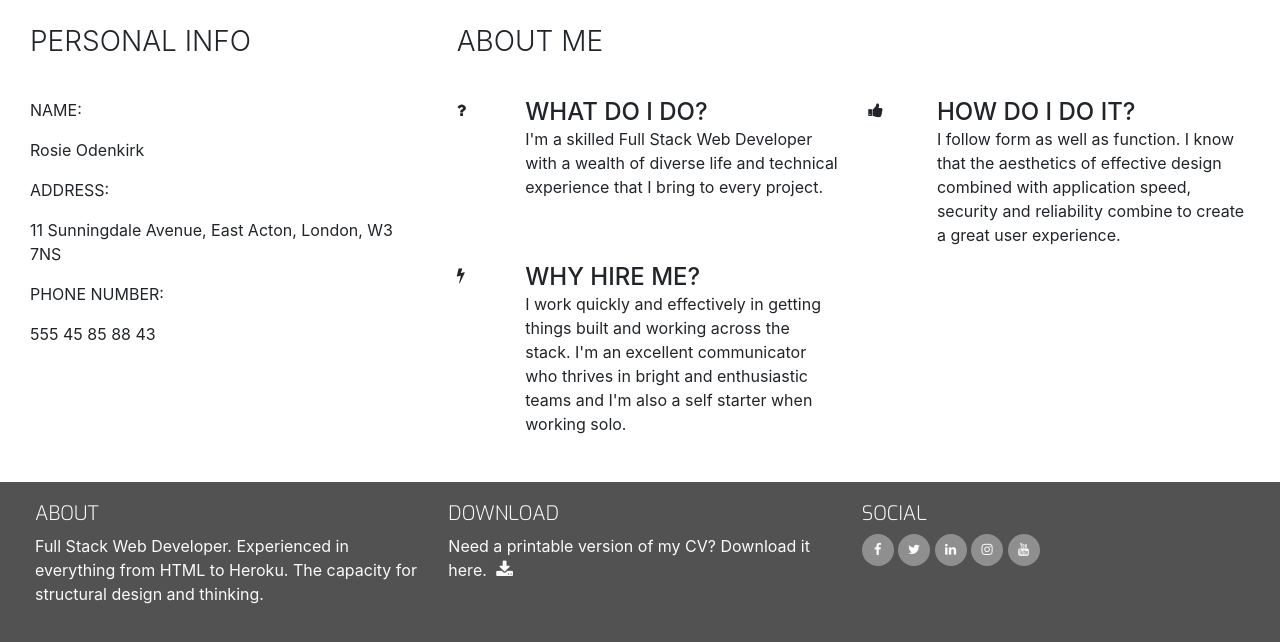
Repository: SimonGeorgeNZ/UCD-Resume
Page: index.html
The author's editor kept a record of every edit. The page is drawn from the files as they stood at one moment, then again after the next edit.
The browser window is 1280 px wide. The pictures show the part of the page from y = 369 to 1011 px (the page is 1011 px tall).
Some web libraries are served in a nearby version.

Above is the page before.

### index.html
<!DOCTYPE html>
<html lang="en">

<head>
    <meta charset="UTF-8">
    <meta name="viewport" content="width=device-width, initial-scale=1.0">
    <meta http-equiv="X-UA-Compatible" content="ie=edge">
    <link rel="stylesheet" href="https://maxcdn.bootstrapcdn.com/bootstrap/4.2.1/css/bootstrap.min.css" type="text/css" />
    <link rel="stylesheet" href="https://maxcdn.bootstrapcdn.com/font-awesome/4.7.0/css/font-awesome.min.css" type="text/css" />
    <link rel="stylesheet" href="https://cdnjs.cloudflare.com/ajax/libs/hover.css/2.1.1/css/hover-min.css" type="text/css" />
    <link rel="stylesheet" href="assets/css/style.css">
    <title>Rosie</title>
</head>

<body>
    <header>
        <div class="row no-gutters">
            <a class="col-md-4 logo" href="index.html"></a>
            <div class="col-md-8">
                <div class="row no-gutters bg-color-name-title">
                    <div class="col heading">
                        <h1 class="name">Rosie Odenkirk</h1>
                        <h2 class="title"> Full Stack Developer</h2>
                    </div>
                </div>
                <div class="row no-gutters">
                    <div class="col">
                        <ul id="nav" class="list-inline menucontainer">
                            <li class="col-6 col-sm-3 list-inline-item ui-menu-color-home menuitem">
                                <a href="#" class="hvr-sweep-to-bottom"><i class="fa fa-home" aria-hidden="true"></i><span>Home</span></a>
                            </li>
                            <li class="col-6 col-sm-3 list-inline-item ui-menu-color-resume menuitem">
                                <a href="#" class="hvr-sweep-to-bottom"><i class="fa fa-graduation-cap" aria-hidden="true"></i><span>Resume</span></a>
                            </li>
                            <li class="col-6 col-sm-3 list-inline-item ui-menu-color-contact menuitem">
                                <a href="#" class="hvr-sweep-to-bottom"><i class="fa fa-comment-o" aria-hidden="true"></i><span>Contact</span></a>
                            </li>
                            <li class="col-6 col-sm-3 list-inline-item ui-menu-color-download menuitem">
                                <a href="#" class="hvr-sweep-to-bottom"><i class="fa fa-download" aria-hidden="true"></i><span>Download CV</span></a>
                            </li>
                        </ul>
                    </div>
                </div>
            </div>
        </div>
    </header>
    <section class="container-fluid">
        <div class="row">
            <div class="col-md-4 bg-color-personal-info section-column">
                <div class="row">
                    <div class="col-12">
                        <h3 class="section-headding uppercase">
                            Personal Info
                        </h3>
                    </div>
                </div>
                <div class="personal-info-item">
                    <div class="key">
                      <p class="uppercase">
                          Name:
                      </p>
                    </div>
                    <div class="value">
                      <p>
                        Rosie Odenkirk
                      </p>
                    </div>
                </div>
                <div class="personal-info-item">
                    <div class="key">
                      <p class="uppercase">
                          Address:
                      </p>
                    </div>
                    <div class="value">
                      <p>
                        11 Sunningdale Avenue, East Acton, London, W3 7NS
                      </p>
                    </div>
                </div>
                <div class="personal-info-item">
                    <div class="key">
                      <p class="uppercase">
                          Phone number:
                      </p>
                    </div>
                    <div class="value">
                      <p>
                        555 45 85 88 43
                      </p>
                    </div>
                </div>
            </div>
            <div class="col-md-8 bg-color-three-reasons section-column">
                <div class="row">
                    <div class="col">
                        <h3 class="section-headding uppercase">About Me</h3>
                    </div>
                </div>
                <div class="row">
                    <div class="col-10 offset-1 offset-sm-0 col-sm-4 col-md-6">
                        <div class="row">
                            <div class="col-2">
                                <i class="three-reasons-icon fa fa-question" aria-hidden="true"></i>
                            </div>
                            <div class="col-10">
                                <h4 class="three-reasons-heading uppercase">What Do I Do?</h4>
                                <p>
                                    I'm a skilled Full Stack Web Developer with a wealth of diverse
                                    life and technical experience that I bring to every project.
                                </p>
                            </div>
                        </div>
                    </div>
                    <div class="col-10 offset-1 offset-sm-0 col-sm-4 col-md-6">
                        <div class="row">
                            <div class="col-2">
                                <i class="three-reasons-icon fa fa-thumbs-up" aria-hidden="true"></i>
                            </div>
                            <div class="col-10">
                                <h4 class="three-reasons-heading uppercase">How do I do it?</h4>
                                <p>
                                    I follow form as well as function. I know that the aesthetics of effective
                                    design combined with application speed, security and reliability combine to
                                    create a great user experience.
                                </p>
                            </div>
                        </div>
                    </div>
                    <div class="col-10 offset-1 offset-sm-0 col-sm-4 col-md-6">
                        <div class="row">
                            <div class="col-2">
                                <i class="three-reasons-icon fa fa-bolt" aria-hidden="true"></i>
                            </div>
                            <div class="col-10">
                                <h4 class="three-reasons-heading uppercase">Why Hire Me?</h4>
                                <p>
                                    I work quickly and effectively in getting things built and
                                    working across the stack. I'm an excellent communicator who
                                    thrives in bright and enthusiastic teams and I'm also a self
                                    starter when working solo.
                                </p>
                            </div>
                        </div>
                    </div>
                </div>
            </div>
        </div>

    </section>
    <footer class="container-fluid">
        <div id="footer-details" class="row">
            <div class="col-sm-4">
                <h5 class="uppercase general-sub">About</h5>
                <p class="inline-block">
                    Full Stack Web Developer. Experienced in everything from HTML to Heroku.
                    The capacity for structural design and thinking.
                </p>
            </div>
            <div class="col-sm-4">
                <h5 class="uppercase general-sub">Download</h5>
                <p class="inline-block">
                    Need a printable version of my CV? Download it here.
                    <a href="#" target="_blank" class="cv-pdf">
                        <i class="fa fa-download" aria-hidden="true"></i>
                        <span class="sr-only">Download</span>
                    </a>
                </p>
            </div>
            <div class="col-sm-4">
                <h5 class="uppercase general-sub">Social</h5>
                <ul class="list-inline social-links">
                    <li class="list-inline-item">
                        <a target="_blank" href="#">
                            <i class="fa fa-facebook" aria-hidden="true"></i>
                            <span class="sr-only">Facebook</span>
                        </a>
                    </li>
                    <li class="list-inline-item">
                        <a target="_blank" href="#">
                            <i class="fa fa-twitter" aria-hidden="true"></i>
                            <span class="sr-only">Twitter</span>
                        </a>
                    </li>
                    <li class="list-inline-item">
                        <a target="_blank" href="#">
                            <i class="fa fa-linkedin" aria-hidden="true"></i>
                            <span class="sr-only">LinkedIn</span>
                        </a>
                    </li>
                    <li class="list-inline-item">
                        <a target="_blank" href="#">
                            <i class="fa fa-instagram" aria-hidden="true"></i>
                            <span class="sr-only">Instagram</span>
                        </a>
                    </li>
                    <li class="list-inline-item">
                        <a target="_blank" href="#">
                            <i class="fa fa-youtube" aria-hidden="true"></i>
                            <span class="sr-only">YouTube</span>
                        </a>
                    </li>
                </ul>
            </div>
        </div>

    </footer>
</body>

</html>

### assets/css/style.css
@import url('https://fonts.googleapis.com/css?family=Roboto:100,200,300,400,500,600,700|Exo:100,200,300,400,500,600,700');


/*-------------------------------------------------Colors */

.bg-color-name-title {
    background-color: #676767;
}

.bg-color-three-reasons {
    background-color: #fff;
}

.ui-menu-color-home {
    background-color: #e67e22;
}

.ui-menu-color-resume {
    background-color: #9b59b6;
}

.ui-menu-color-contact {
    background-color: #3498db;
}

.ui-menu-color-download {
    background-color: #525252;
}

/*-------------------------------------------------Special paddings margins and text */

h1,
h2,
h3,
h4 {
    margin: 0;
}

.uppercase {
    text-transform: uppercase;
}

.general-sub {
    font-family: "Exo", sans-serif;
    font-weight: 300;
    color: #fafafa;
}

.inline-block {
    display: inline-block
}

.row-table {
    display: table;

}

.section-column {
    display: table-cell;
    padding: 0 30px 30px;
    float: none;
}

.section-headding {
    font-family: "Exo" sans-serif;
    font-weight: 300;
    margin-top: 25px;
    margin-bottom: 40px;
}
/*-------------------------------------------------Heading */

header {
    margin: 0;
}

.heading {
    margin-left: 50px;
}

.logo {
    background: url("../images/rosie.jpg");
    background-position: center;
    background-repeat: no-repeat;
    background-size: cover;
    min-height: 360px;
    transition: all .5s ease-in-out;
    -moz-transition: all .5s ease-in-out;
    -webkit-transition: all .5s ease-in-out;
}

.name {
    font-family: "Exo", sans-serif;
    font-weight: 100;
    font-size: 46px;
    margin-top: 50px;
    color: #fff;
}

.title {
    font-family: "Roboto", sans-serif;
    font-weight: 200;
    font-size: 28px;
    margin-top: 20px;
    margin-bottom: 90px;
    color: #fff;
}

.list-inline-item:not(:last-child) {
    margin: 0;
}

.menucontainer {
    font-size: 0;
}

#nav {
    margin: 0;
}

#nav li {
    font-size: 14px;
    padding: 0;
}

.menuitem {
    height: 120px;
    text-align: center;
    padding: 0;
}

.menuitem a {
    width: 100%;
    text-decoration: none;
    color: #fff;
    height: 120px;
}

.menuitem a i {
    padding-top: 22px;
    display: block;
    color: #fafafa;
    font-size: 26px;
}

.menuitem span {
    display: block;
    width: 100%;
    padding-top: 5px;
    text-align: center;
    text-transform: uppercase;
    font-size: 14px;
    font-weight: 300;
    letter-spacing: 2px;
}

/*-------------------------------------------------Hover.css */

.hvr-sweep-to-bottom:before {
    background: rgba(0, 0, 0, 0.2);
    height: 120px;
}

/*-------------------------------------------------Footer */

footer {
    background-color: #525252;
    color: #fafafa;
    min-height: 120px;
    margin: 0;
}

.cv-pdf i {
    font-size: 18px;
    color: #fafafa;
    text-align: center;
    padding-left: 5px;
    transition: all 0.35s ease-in-out;
    -moz-transition: all 0.35s ease-in-out;
    -webkit-transition: all 0.35s ease-in-out;
    -o-transition: all 0.35s ease-in-out;
}

.cv-pdf i:hover {
    color: #e84610;
}

.social-links {
    padding-bottom: 15px;
}

.social-links li a i {
    width: 32px;
    height: 32px;
    padding: 12px 0;
    border-radius: 50%;
    font-size: 13px;
    line-height: 7px;
    text-align: center;
    color: #fafafa;
    background-color: #8f8f8f;
    transition: all 0.35s ease-in-out;
    -moz-transition: all 0.35s ease-in-out;
    -webkit-transition: all 0.35s ease-in-out;
    -o-transition: all 0.35s ease-in-out;
}

.social-links li a i:hover {
    background-color: #e84610;

}

#footer-details {
    padding: 20px;
}

After the next edit:
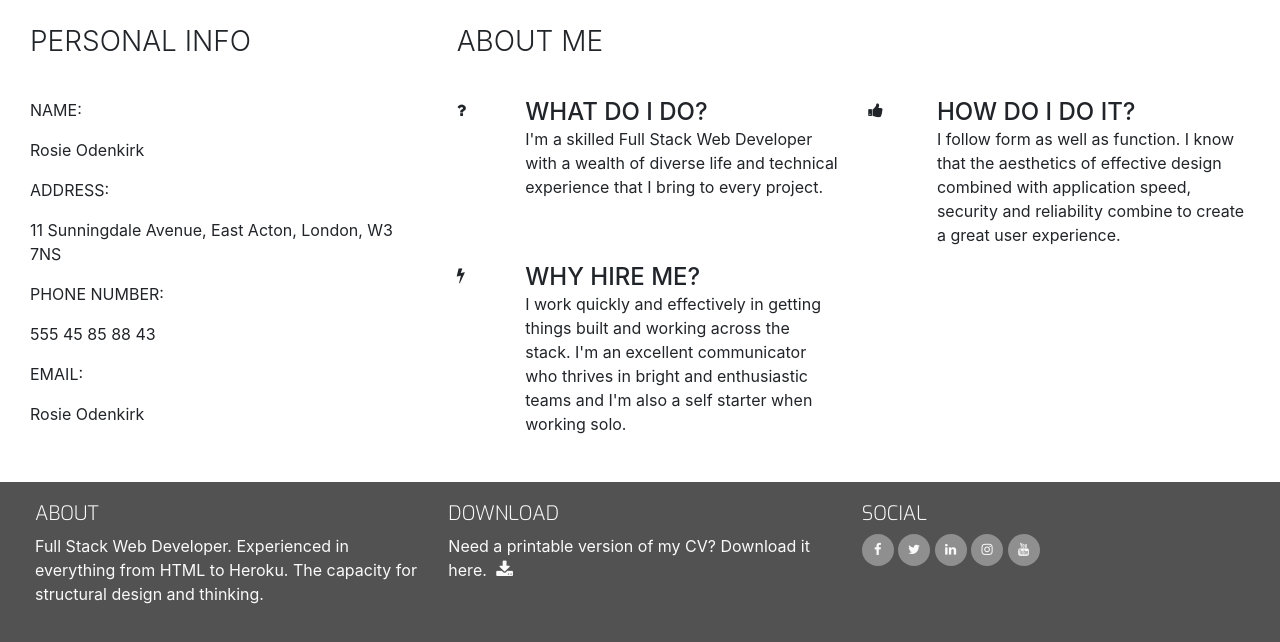
The edit:
--- a/index.html
+++ b/index.html
@@ -90,6 +90,18 @@
                       </p>
                     </div>
                 </div>
+                <div class="personal-info-item">
+                    <div class="key">
+                      <p class="uppercase">
+                          Email:
+                      </p>
+                    </div>
+                    <div class="value">
+                      <p>
+                        Rosie Odenkirk
+                      </p>
+                    </div>
+                </div>
             </div>
             <div class="col-md-8 bg-color-three-reasons section-column">
                 <div class="row">
